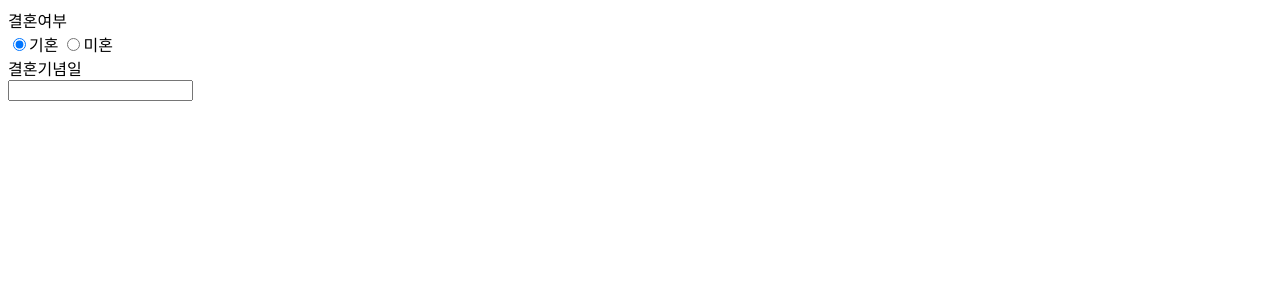
Repository: astute22/web-p
Page: simple-script/WebContent/day4/sample1.html
An editor plug-in stored every save of this project. The page is shown before and after the next save, followed by the edit.
The browser window is 1280 px wide. The pictures show the whole page.

Above is the page before, as saved 2017-08-28 00:30:28.

### simple-script/WebContent/day4/sample1.html
<!DOCTYPE html>
<html>
<head>
<meta charset="UTF-8">
<title>Insert title here</title>
<script type="text/javascript">
	function fn(el) {
		/*
			html element(태그를 표현하는 객체) 중에서 <input type="radio">, <input type="checkbox">는 checked property를 가지고있다.
			checked property는 체크 되어있으면 true, 체크를 해제하면 false값을 갖는다.
		*/
		var divBox = document.querySelector("#wedding-box");
		if(el.value == 'Y'){
			divBox.style.display = 'block';
		} else{
			divBox.style.display = 'none';
		}
	}
</script>
</head>
<body>
	<form>
		<div>
			결혼여부<br/>
			<input type="radio" name="married" value="Y" checked="checked" onchange="fn(this);">기혼
			<input type="radio" name="married" value="N" onchange="fn(this);">미혼
		</div>
		<div id="wedding-box">
			결혼기념일<br/>
			<input type="text" name="wedding"/>
		</div>
	</form>
</body>
</html>

After the next save:
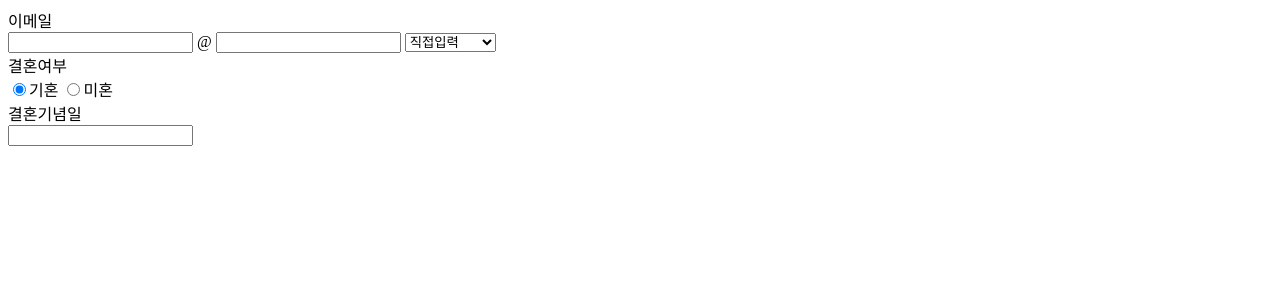
Saved 10 min 55 s later.
--- a/simple-script/WebContent/day4/sample1.html
+++ b/simple-script/WebContent/day4/sample1.html
@@ -16,10 +16,25 @@
 			divBox.style.display = 'none';
 		}
 	}
+	function fn2(el) {
+
+	}
 </script>
 </head>
 <body>
 	<form>
+		<div>
+			이메일<br/>
+			<input type="text" name="email1" />
+			@
+			<input type="text" name="email2" id="fn(2)"/>
+			<select id="company-combobox" name="company" onchange="fn2(this)">
+				<option value="">직접입력</option>
+				<option value="naver.com">naver.com</option>
+				<option value="hanmail.net">hanmail.net</option>
+				<option value="gmail.com">gmail.com</option>
+			</select>
+		</div>
 		<div>
 			결혼여부<br/>
 			<input type="radio" name="married" value="Y" checked="checked" onchange="fn(this);">기혼
